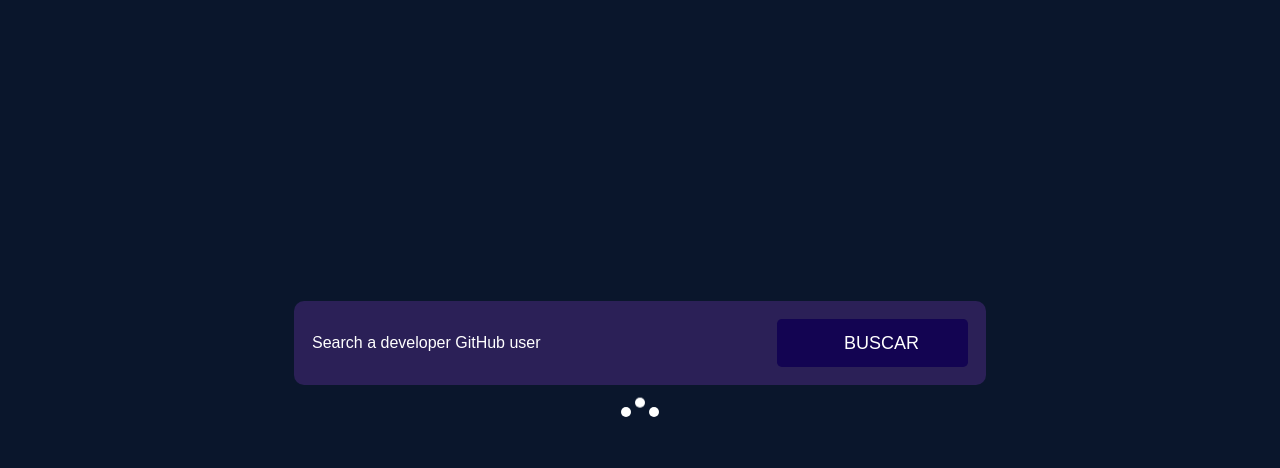
Repository: jeraldinnemg/githubprofile
Page: index.html
An editor plug-in stored every save of this project. The page is shown before and after the next save, followed by the edit.
The browser window is 1280 px wide. The pictures show the whole page.

Above is the page before, as saved 2022-10-02 10:45:52.

### index.html
<!DOCTYPE html>
<html lang="en">
<head>
    <meta charset="UTF-8">
    <meta http-equiv="X-UA-Compatible" content="IE=edge">
    <meta name="viewport" content="width=device-width, initial-scale=1.0">
    <link rel="stylesheet" href="https://cdnjs.cloudflare.com/ajax/libs/font-awesome/5.15.2/css/all.min.css" integrity="sha512-HK5fgLBL+xu6dm/Ii3z4xhlSUyZgTT9tuc/hSrtw6uzJOvgRr2a9jyxxT1ely+B+xFAmJKVSTbpM/CuL7qxO8w==" crossorigin="anonymous" />

    <link rel="stylesheet" href="style.css">
    <title>Github profiles</title>
</head>
<body>

    <div class="container">
        <form class="user-form">
            <input class=type="text" class="search" id="search" placeholder="Search a developer GitHub user">
            <button type="submit">
                <div class="icon">
                    <i class="fas fa-search"></i>
                </div>
                <span>Buscar</span>
            </button>
        </form>

        <main class="main">
            <!-- <div class="card">
                <div class="profile-image">
                    <img src="" alt="avatar" id="avatar">
                </div>
                <div class="profile-content">
                    <h1>Jeraldinnemg</h1>
                    <p> Lorem ipsum dolor sit amet, consectetur adipiscing elit, sed do eiusmod tempor incididunt ut labore et dolore magna aliqua.</p>
                        <ul class="user-statistics">
                            <li>300 <strong>followers</strong></li>
                            <li>30 <strong>following</strong></li>
                            <li>30 <strong>repos</strong></li>
                        </ul>
                    <div class="user-repos" id="user-repos">
                        <a href="#" class="repo">repo1</a>
                        <a href="#" class="repo">repo2</a>
                        <a href="#" class="repo">repo3</a>
                    </div>
                </div>
            </div>  -->
        </main>
    </div>

    <div class="loading">
        <div class="circle"></div>
        <div class="circle"></div>
        <div class="circle"></div>
    </div>


    <script src="script.js"></script>
</body>
</html>

### style.css
@import url('https://fonts.googleapis.com/css2?family=Poppins:wght@400;500&display=swap');

* {
    margin:0;
    padding:0;
    box-sizing: border-box;
}

body {
    font-family: 'Poppins', 'sans-serif';
    font-size:1.125rem;
    background-color: #0a162c;
    color: #fff;
    display: flex;
    flex-direction: column;
    justify-content: center;
    align-items: center;
    height: 100vh;
}


.container {
    display: flex;
    flex-direction: column;
    justify-content: flex-start;
    align-items: center;
    text-align: start;
    gap:20px;
}

.user-form {

    background-color: #2b2057;
    max-width: 700px;
    display: flex;
    justify-content: space-around;
    align-items: center;
    border-radius: 10px;
    position: relative;
    padding: 1em;
    box-shadow:  0 5px 10px rgba(154, 160, 185, 0.05),
    0 15px 40px rgba(0, 0, 0, 0.1px) ;
}

.user-form input{
    width:100%;
    min-width: 400px;
    display: block;
    background-color: transparent;
    border: none;
    border-radius: 10px;
    font-size: 1rem;
    color:#fff;
    text-align:start;
}

.user-form input::placeholder {
    color: #fff;
  }

  .user-form input:focus {
    outline: none;
    background-color: transparent;
  }

  .user-form button {
    width: 20vw;
    background-color:  #130452;
    color: #fff;
    padding: 1.5rem 1rem;
    border-radius: .3rem;
    font-size: inherit;
    font-weight: 400;
    border: none;
    cursor:pointer;
    display: inline-flex;
    align-items: center;
    text-align:   center;;
    position: relative;
    text-transform: uppercase;;
  }

  .user-form button span{
    transition: 0.4s ease-in-out all;
	position:absolute;
	left: 35%; /*This mesuare is manual it depends on the longitude of the text*/
  }

  .user-form button .icon{

    position:absolute;
	z-index:2;
	left: -40px;
	transition: 0.3s ease-in-out all;
	opacity:0;
  }

  .user-form button i {
	font-size: 1rem;
	color: #fff;
  }

  .user-form button:hover {
    background-color:  #876dee;
  }

  .user-form button:hover .icon{
      left: 100px;
      opacity:1;
  }

  .user-form button:hover span{
      left:20px;
  }

  .user-form input:focus{
    border: none;
}

.user-form ul {
    list-style: none;
}

.user-form .fa-sharp{
    display: block;
    font-size: 1rem;
    color: #9abae2;
}

.card {
    max-width: 800px;
    display: flex;
    flex-direction: row;
    justify-content: space-around;
    background-color: #2b2057;
    box-shadow:  0 5px 10px rgba(154, 160, 185, 0.05),
    0 15px 40px rgba(0, 0, 0, 0.1px) ;
    padding: 3em;
    margin: 0 1.5rem;
    border-radius: 20px;
    gap:30px;
}

img {
    border-radius: 50%;
    border: 5px solid #9abae2;
    height: 150px;
    width: 150px;;
}

.profile-content {
    color: #eee;
}

.profile-content h1{
   color: #876dee;
}

.profile-content ul{
    list-style-type: none;
    display: flex;
    justify-content: space-between;
    padding: 0;
    gap:20px;
    margin-top: 1rem;
}

.profile-content ul li strong {
    font-size: 0.9rem;
    margin-left: 0.5;
    font-size: inherit;
}

.repos {
    display: flex;
    justify-content: space-between;
    text-decoration: none;
    font-size:0.85rem;
    margin-right: 0.5rem;
    padding: 0.75em 0.5em;
    gap:20px;
}

.repos a{
    text-decoration: none;
    color: #fff;
    background-color: #876dee;

}

.repos a:hover{
    color: #876dee;
    background-color: #fff;
}

@media (max-width: 500px) {
    .card {
        flex-direction: column;
        max-width: 400px;
    }

    .user-form{
        flex-direction: column;
        align-items: center;
        justify-content: center;
    }

    .user-form button {
        width: 40vw;
        margin-top: 1.5rem;
    }

    .repos {
        flex-direction: column;
    }
}

.loading {
    display: flex;
  }

  .circle {
    background-color: #fff;
    border-radius: 50%;
    margin: 2px;
    height: 10px;
    width: 10px;
    animation: jump 0.5s ease-in infinite;
  }

  .circle:nth-of-type(2) {
    animation-delay: 0.1s;
  }

  .circle:nth-of-type(2) {
    animation-delay: 0.2s;
  }

  @keyframes jump {
    0% {
      transform: translateY(0);
    }

    50% {
      transform: translateY(-10px);
    }
  }

### script.js

const main = document.querySelector('.main')
const form = document.querySelector('.user-form')

/* -------------------------------------------------------------------------- */
/*                 Funtion Get user                                           */
/* -------------------------------------------------------------------------- */

function getUser(username){
  const urlUsuario = `https://api.github.com/users/${username}`;
  fetch(urlUsuario)
  .then(response => response.json())
  .then(data => {
 //   console.log(data)  Prints result from `response.json()` in getRequest
    createUserCard(data);
    getRepos(username);
  })
  .catch(err => {
    if(err.response.status == 404) {
      createErrorCard('No profile with this username')
    }
  })
}

/* -------------------------------------------------------------------------- */
/*                 Funtion Get repos                                           */
/* -------------------------------------------------------------------------- */

function getRepos(username){
  const urlRepo = `https://api.github.com/users/${username}/repos?sort=created`;
  fetch(urlRepo)
  .then(response => response.json())
  .then(data => {
    addReposToCard(data);
  })
  .catch(err => {
    createErrorCard('No profile with this username');
  })
}

/* -------------------------------------------------------------------------- */
/*                 Funtion Error card                                 */
/* -------------------------------------------------------------------------- */

function createErrorCard(msg) {

  const cardHTML = `
      <div class="card">
          <h1>${msg}</h1>
      </div>
  `
  main.innerHTML = cardHTML
  }


/* -------------------------------------------------------------------------- */
/*                 Funtion Renderize usercard                                 */
/* -------------------------------------------------------------------------- */

function createUserCard(user){
const cardHTML = `
                 <div class="card">
                 <div class="profile-image">
                     <img src="${user.avatar_url}" alt="${user.name}" id="avatar">
                 </div>
                 <div class="profile-content">
                     <h1>${user.name}</h1>
                     <p>${user.bio} </p>
                         <ul class="user-statistics">
                             <li>${user.followers} <strong>followers</strong></li>
                             <li>${user.following} <strong>following</strong></li>
                             <li>${user.public_repos} <strong>repos</strong></li>
                         </ul>
                     <div class="repos" id="repos">
                     </div>
                 </div>
             </div>
   `
   main.innerHTML = cardHTML;
}




/* -------------------------------------------------------------------------- */
/*                 Funtion Add repos                               */
/* -------------------------------------------------------------------------- */

function addReposToCard(repos) {
  const reposEl = document.querySelector('.repos')
  repos
      .slice(0, 5)
      .forEach(repo => {
          const repoEl = document.createElement('a')
          repoEl.classList.add('repo')
          repoEl.href = repo.html_url
          repoEl.target = '_blank'
          repoEl.innerText = repo.name

          reposEl.appendChild(repoEl)
      })
}

/* -------------------------------------------------------------------------- */
/*                 Funtion getUser github                                */
/* -------------------------------------------------------------------------- */

form.addEventListener('submit', (event) => {
  event.preventDefault()
  const user = search.value;
  if(user) {
    getUser(user)
    search.value = ''
  }
});


function loader() {
  /* --------------------- PUNTO 4: Escribe tu codigo aqui --------------------- */
 document.body.classList.toggle('loader');
}
loader();

After the next save:
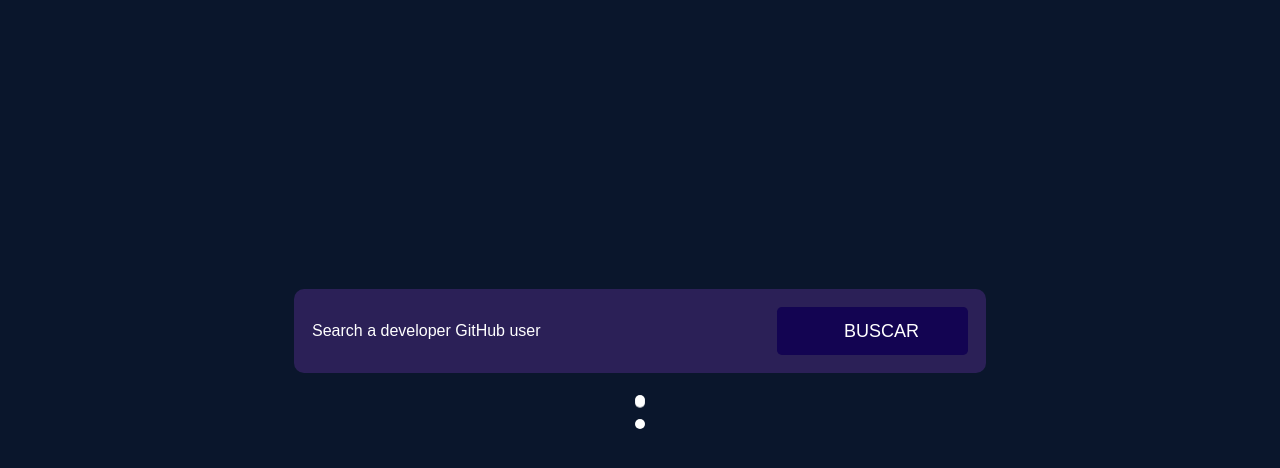
Saved 9 s later.
--- a/index.html
+++ b/index.html
@@ -45,7 +45,7 @@
         </main>
     </div>
 
-    <div class="loading">
+    <div>
         <div class="circle"></div>
         <div class="circle"></div>
         <div class="circle"></div>

After the save that followed:
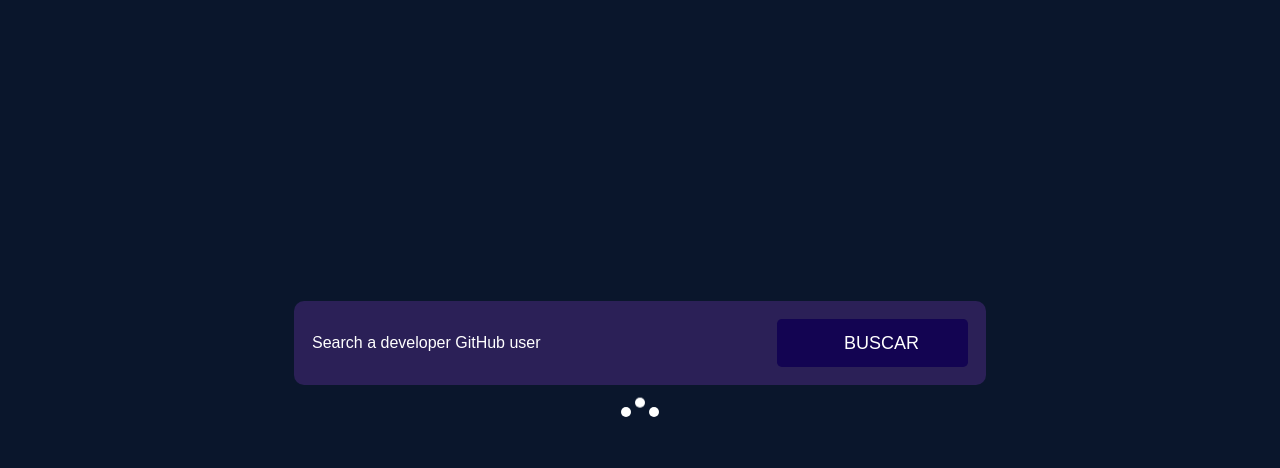
Saved 4 s later.
--- a/index.html
+++ b/index.html
@@ -45,7 +45,7 @@
         </main>
     </div>
 
-    <div>
+    <div class="loading">
         <div class="circle"></div>
         <div class="circle"></div>
         <div class="circle"></div>
